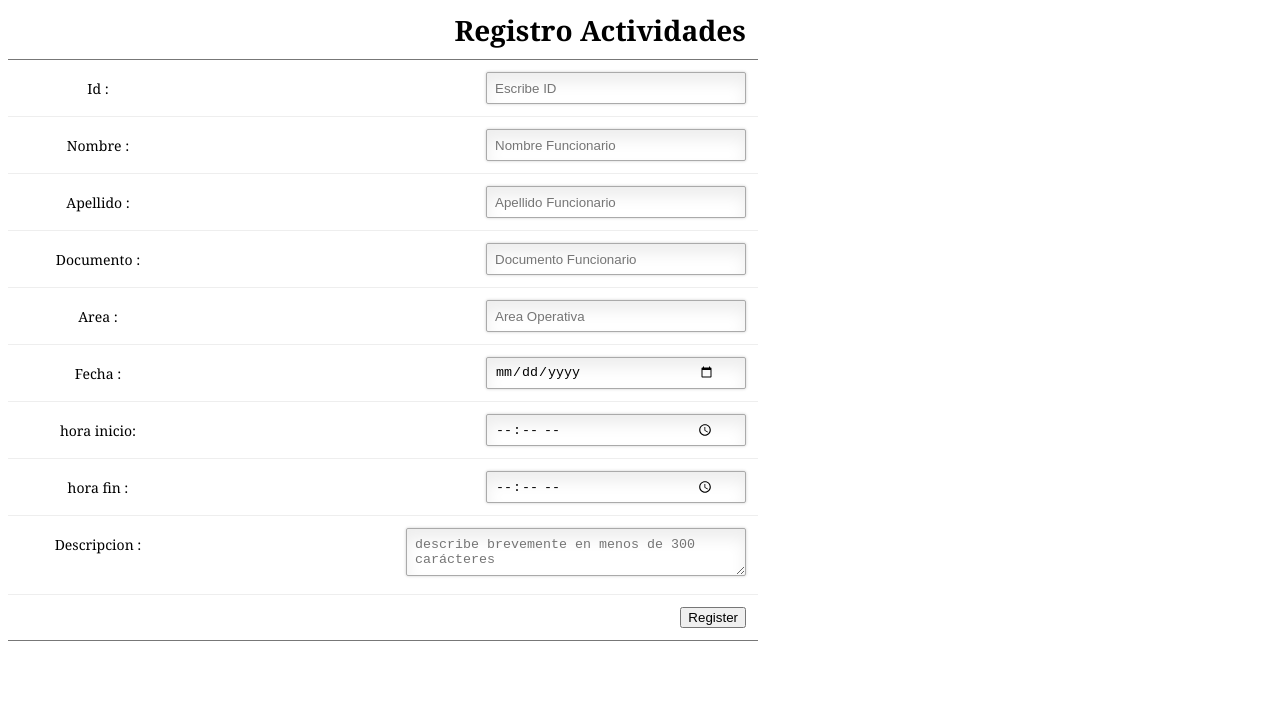
Repository: Yale2024/repo-registro-act
Page: templates/register.html
These files come from the project's save history. The page is drawn as it stood at one moment and after the next save; the edit follows.
The browser window is 1280 px wide. The pictures show the whole page.

Above is the page before, as saved 2024-09-15 08:59:40.

After the next save:
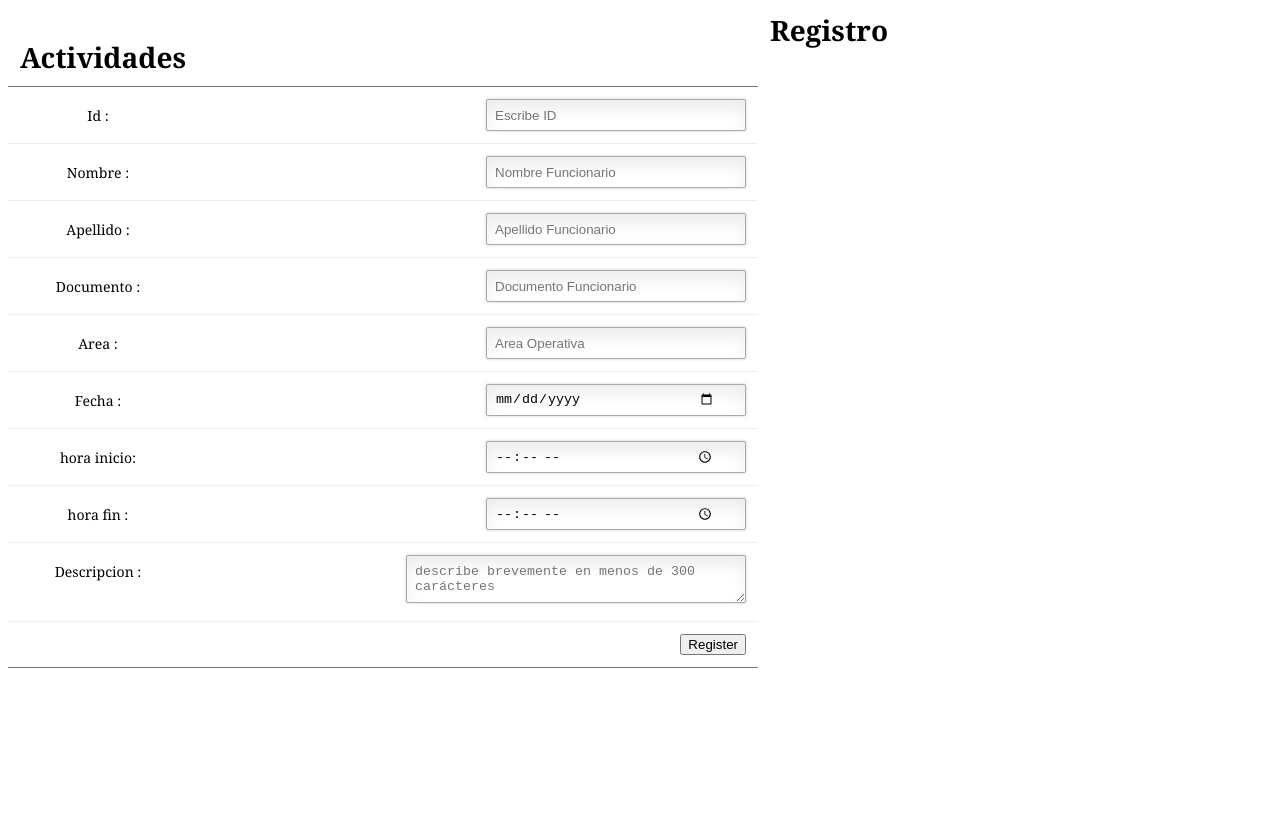
Saved 73 s later.
--- a/static/css/styleRegister.css
+++ b/static/css/styleRegister.css
@@ -25,7 +25,7 @@ body {
 .contact_form h1, .contact_form label {
     font-family: Georgia, Times, "Times New Roman", serif;
     margin: 0px;
-    padding: 0px;
+    padding: 750px;
     text-align: center;
 }
 
